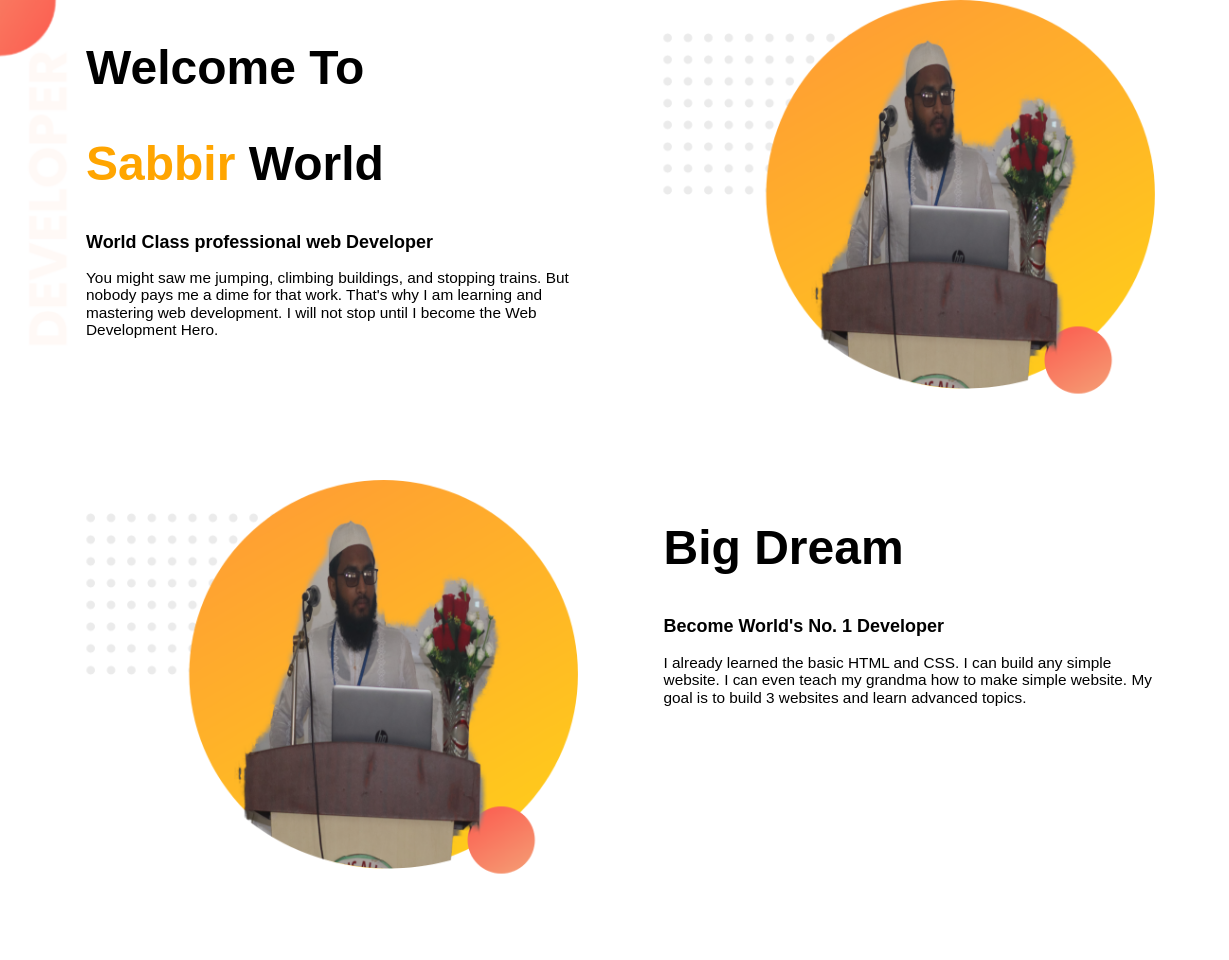
Repository: sabbircse3/web-protfolio
Page: index.html
An editor plug-in stored every save of this project. The page is shown before and after a run of saves, followed by the edit.
The browser window is 1280 px wide. The pictures show the whole page, at 96% of full size.

Above is the page before, as saved 2021-01-04 10:11:13.

### index.html
<!DOCTYPE html>
<html lang="en">
<head>
    <meta charset="UTF-8">
    <meta name="viewport" content="width=device-width, initial-scale=1.0">
    <title>Sabbir web-portfolio</title>
    <link rel="preconnect" href="https://fonts.gstatic.com">
    <link href="https://fonts.googleapis.com/css2?family=Montserrat&display=swap" rel="stylesheet">
    <link rel="stylesheet" href="style.css">
</head>
<body>
    <section class="top-banner">
        <div class="half-width">
            <h1>Welcome To</h1>
            <h1> <span class="name-highlight">Sabbir</span> World</h1>
            <h3>World Class professional web Developer</h3>
            <p>You might saw me jumping, climbing buildings, and stopping trains. But nobody pays me a dime for that work. That's why I am learning and mastering web development. I will not stop until I become the Web Development Hero.</p>
            <a class="link-button" target="_blank" href="https://www.linkedin.com/company/programminghero/">HIRE ME</a>
        </div>
        <div class="half-width">
            <img src="images/sabbir1.png" alt="">
        </div>
    </section>

    <section>
        <div class="half-width">
            <img src="images/sabbir1.png" alt="">
        </div>
        <div class="half-width">
            <h1> Big Dream</h1>
            <h3>Become World's No. 1 Developer</h3>
            <p>I already learned the basic HTML and CSS. I can build any simple website. I can even teach my grandma how to make simple website. My goal is to build 3 websites and learn advanced topics.</p>
        </div>

    </section>

</body>
</html>

### style.css
body{
    font-family: sans-serif;
    margin: 0px;
}
h1{
    font-size: 50px;
}
.name-highlight{
    color: orange;
}
.half-width{
    width: 40%;
    float: left;
    margin-left: 5%;
    padding-left: 2%;
}
.half-width img{
    width: 100%;
}
.top-banner{
    background-image: url("images/top-banner.png");
    background-repeat: no-repeat;
}
section{
    height: 500px;
}
.link-button{
    text-decoration: none;
    background-image: linear-gradient(lightSalmon, tom);
    padding: 10px 20px;
    border-radius: 5px;
    color: white;
    font-weight: 700;
}

After the next 2 saves:
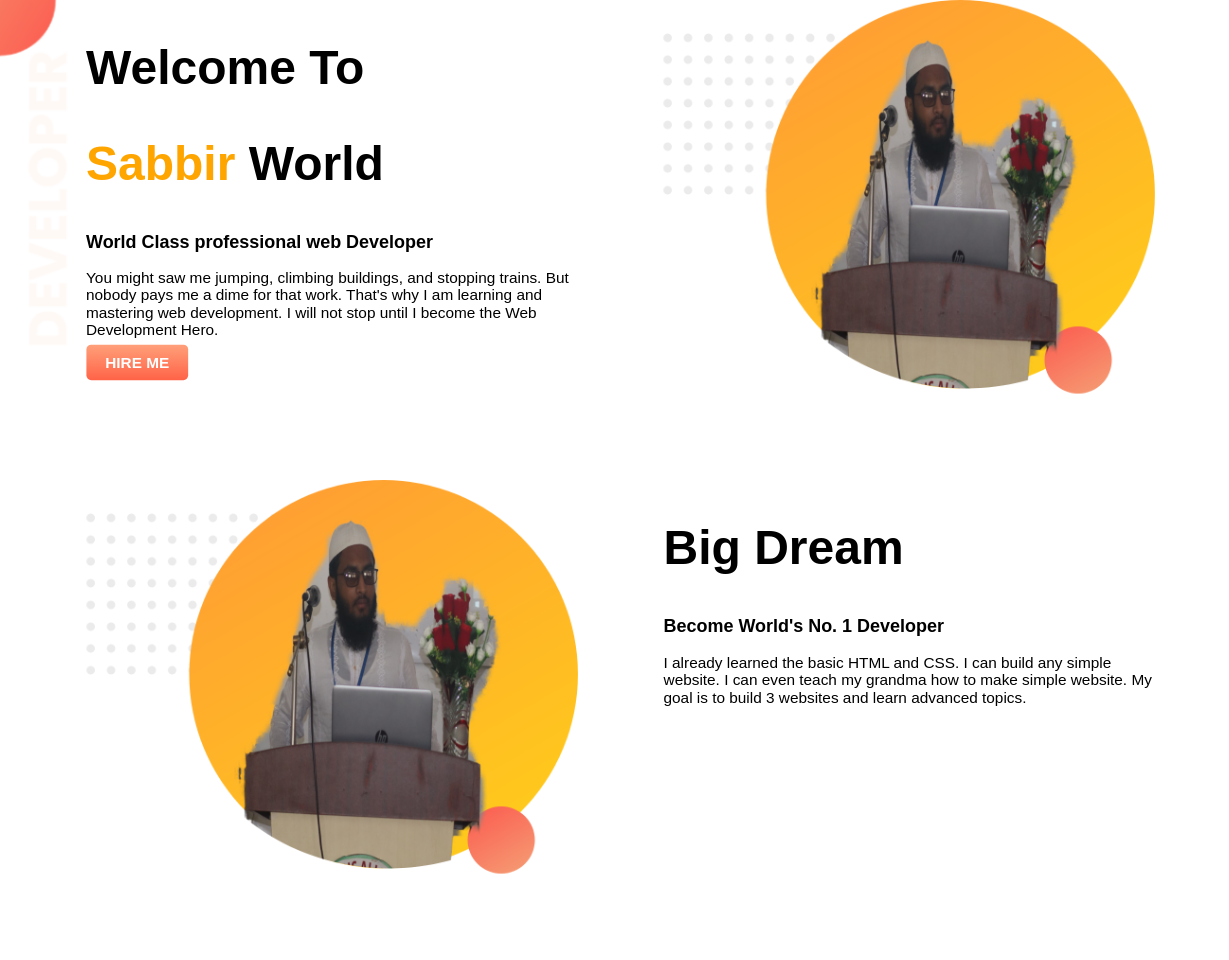
The 2 saves are shown as one change because they came seconds apart.
The last was saved 10 s later.
--- a/style.css
+++ b/style.css
@@ -26,7 +26,7 @@ section{
 }
 .link-button{
     text-decoration: none;
-    background-image: linear-gradient(lightSalmon, tom);
+    background-image: linear-gradient(lightSalmon, tomato);
     padding: 10px 20px;
     border-radius: 5px;
     color: white;
